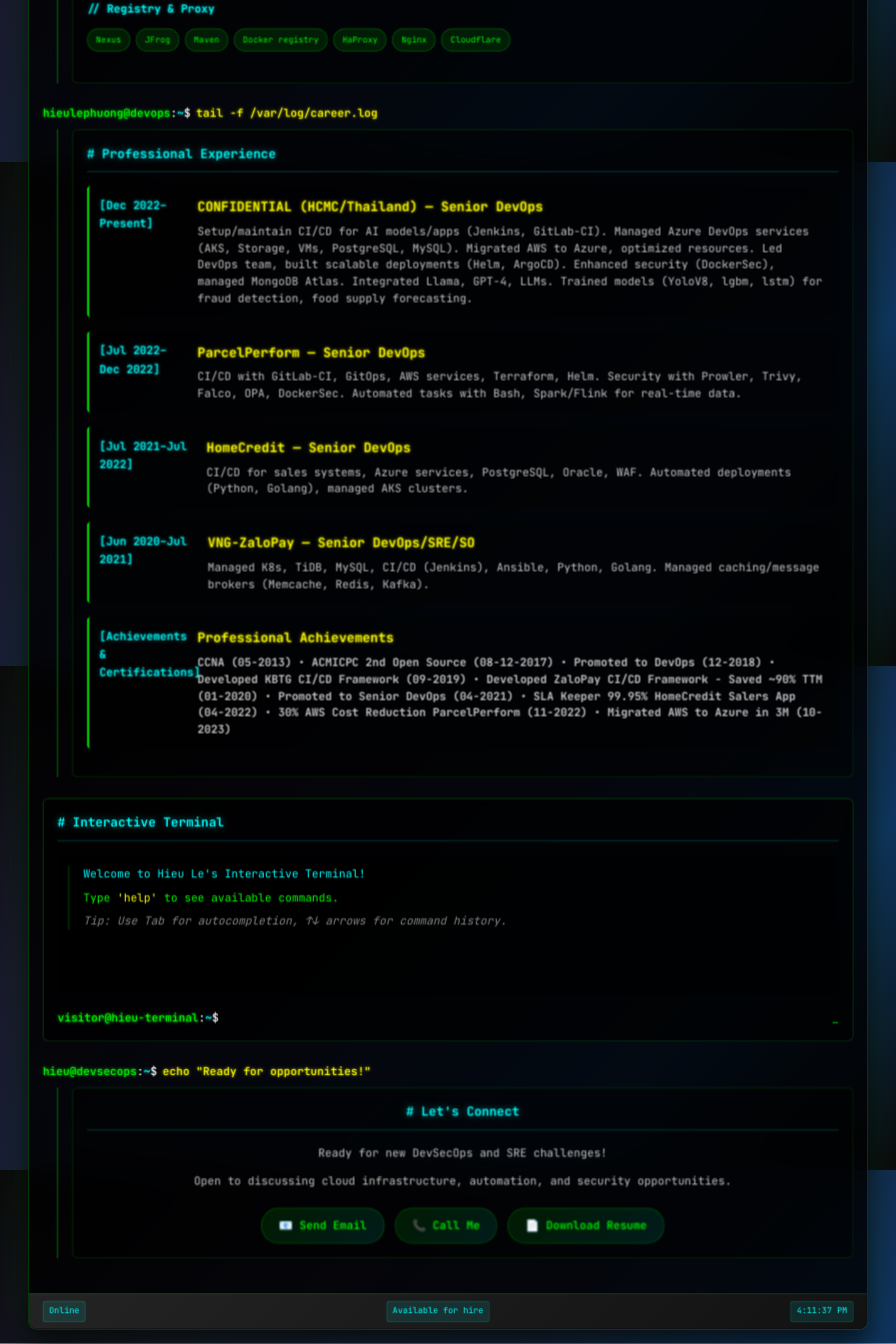
Repository: googlesky/googlesky.github.io
Page: index.html
An editor plug-in stored every save of this project. The page is shown before and after the next save, followed by the edit.
The browser window is 1280 px wide. The pictures show the part of the page from y = 1928 to 3848 px (the page is 3848 px tall), at 70% of full size.
Backgrounds fixed to the window are drawn as part of the page.

Above is the page before, as saved 2025-06-08 12:38:04.

### index.html
<!DOCTYPE html>
<html lang="en">
<head>
    <meta charset="UTF-8">
    <meta name="viewport" content="width=device-width, initial-scale=1.0">
    <title>Lê Phương Hiếu - Senior DevOps/SRE</title>
    <meta name="description" content="Lê Phương Hiếu - Senior DevOps/SRE professional with expertise in AWS, Azure, Kubernetes, Golang, Python, and cloud infrastructure.">
    <meta name="keywords" content="DevOps, SRE, Site Reliability Engineering, AWS, Azure, Kubernetes, Golang, Python, Docker, Terraform, CI/CD">
    <link rel="stylesheet" href="style.css">
    <link rel="preconnect" href="https://fonts.googleapis.com">
    <link rel="preconnect" href="https://fonts.gstatic.com" crossorigin>
    <link href="https://fonts.googleapis.com/css2?family=JetBrains+Mono:wght@300;400;500;600;700&display=swap" rel="stylesheet">
</head>
<body>
    <div class="terminal-container">
        <!-- Terminal Window Header -->
        <div class="terminal-header">
            <div class="terminal-controls">
                <span class="control close"></span>
                <span class="control minimize"></span>
                <span class="control maximize"></span>
            </div>
            <div class="terminal-title">hieulephuong@devops-terminal:~$ Professional Profile</div>
        </div>

        <!-- Terminal Content -->
        <div class="terminal-content">
            <!-- Welcome Section -->
            <section id="welcome" class="terminal-section">
                <div class="prompt">
                    <span class="user">hieulephuong@devops</span><span class="separator">:</span><span class="path">~</span><span class="dollar">$</span>
                </div>
                <div class="command-output">
                    <pre class="ascii-art">
██╗     ███████╗    ██████╗ ██╗  ██╗██╗   ██╗ ██████╗ ███╗   ██╗ ██████╗     ██╗  ██╗██╗███████╗██╗   ██╗
██║     ██╔════╝    ██╔══██╗██║  ██║██║   ██║██╔═══██╗████╗  ██║██╔════╝     ██║  ██║██║██╔════╝██║   ██║
██║     █████╗      ██████╔╝███████║██║   ██║██║   ██║██╔██╗ ██║██║  ███╗    ███████║██║█████╗  ██║   ██║
██║     ██╔══╝      ██╔═══╝ ██╔══██║██║   ██║██║   ██║██║╚██╗██║██║   ██║    ██╔══██║██║██╔══╝  ██║   ██║
███████╗███████╗    ██║     ██║  ██║╚██████╔╝╚██████╔╝██║ ╚████║╚██████╔╝    ██║  ██║██║███████╗╚██████╔╝
╚══════╝╚══════╝    ╚═╝     ╚═╝  ╚═╝ ╚═════╝  ╚═════╝ ╚═╝  ╚═══╝ ╚═════╝     ╚═╝  ╚═╝╚═╝╚══════╝ ╚═════╝
                    </pre>
                    <div class="typing-text">
                        <p>Welcome to my professional terminal interface!</p>
                        <p>I'm Lê Phương Hiếu, a Senior DevOps/SRE</p>
                        <p>Specializing in cloud infrastructure, automation, AI/ML platforms, and security</p>
                        <p class="hint">Type 'help' to see available commands<span class="cursor">_</span></p>
                    </div>
                </div>
            </section>

            <!-- About Section -->
            <section id="about" class="terminal-section">
                <div class="prompt">
                    <span class="user">hieulephuong@devops</span><span class="separator">:</span><span class="path">~</span><span class="dollar">$</span>
                    <span class="command">cat about.txt</span>
                </div>
                <div class="command-output">
                    <div class="info-card">
                        <h2 class="section-title"># Professional Profile</h2>
                        <div class="profile-info">
                            <p><span class="label">Name:</span> Lê Phương Hiếu</p>
                            <p><span class="label">Title:</span> Senior DevOps/SRE</p>
                            <p><span class="label">Location:</span> Thu Duc, Ho Chi Minh City, Vietnam</p>
                            <p><span class="label">Email:</span> <a href="mailto:HIEULP@1DEVOPS.IO">HIEULP@1DEVOPS.IO</a></p>
                            <p><span class="label">Phone:</span> <a href="tel:+84975669775">(084) 975-669-775</a></p>
                            <p><span class="label">Resume:</span> <a href="LePhuongHieu_DevOps_Resume_v3.pdf" target="_blank">LePhuongHieu_DevOps_Resume_v3.pdf</a></p>
                        </div>
                        <div class="social-links">
                            <h3>// Social Networks</h3>
                            <div class="social-grid">
                                <a href="https://linkedin.com/in/googlesky" target="_blank" class="social-link">
                                    <span class="social-icon">💼</span> LinkedIn/googlesky
                                </a>
                                <a href="https://github.com/googlesky" target="_blank" class="social-link">
                                    <span class="social-icon">🐙</span> GitHub/googlesky
                                </a>
                                <a href="https://t.me/googlesky" target="_blank" class="social-link">
                                    <span class="social-icon">✈️</span> Telegram/googlesky
                                </a>
                                <a href="https://gitlab.com/googlesky" target="_blank" class="social-link">
                                    <span class="social-icon">🦊</span> GitLab/googlesky
                                </a>
                                <a href="https://bitbucket.org/googlesky" target="_blank" class="social-link">
                                    <span class="social-icon">🪣</span> Bitbucket/googlesky
                                </a>
                                <a href="https://stackoverflow.com/users/9845363/zu-vn" target="_blank" class="social-link">
                                    <span class="social-icon">📚</span> StackOverflow/zu-vn
                                </a>
                            </div>
                        </div>
                    </div>
                </div>
            </section>

            <!-- Skills Section -->
            <section id="skills" class="terminal-section">
                <div class="prompt">
                    <span class="user">hieulephuong@devops</span><span class="separator">:</span><span class="path">~</span><span class="dollar">$</span>
                    <span class="command">cat skills.json | jq '.'</span>
                </div>
                <div class="command-output">
                    <div class="skills-matrix">
                        <h2 class="section-title"># Technical Skills Matrix</h2>

                        <div class="skill-category">
                            <h3 class="category-title">// Programming Languages</h3>
                            <div class="skill-items">
                                <span class="skill-item">Golang (1 year)</span>
                                <span class="skill-item">Python (3 years)</span>
                                <span class="skill-item">PHP (5 years)</span>
                                <span class="skill-item">Shell Script</span>
                            </div>
                        </div>

                        <div class="skill-category">
                            <h3 class="category-title">// CI/CD & Automation</h3>
                            <div class="skill-items">
                                <span class="skill-item">Jenkins</span>
                                <span class="skill-item">Gitlab-CI</span>
                                <span class="skill-item">Github</span>
                                <span class="skill-item">Ansible</span>
                                <span class="skill-item">Terraform</span>
                                <span class="skill-item">Helm/Helmfile</span>
                            </div>
                        </div>

                        <div class="skill-category">
                            <h3 class="category-title">// Operating Systems</h3>
                            <div class="skill-items">
                                <span class="skill-item">Linux (Arch, CentOS/RHEL7, Ubuntu)</span>
                                <span class="skill-item">Windows</span>
                                <span class="skill-item">Unix</span>
                            </div>
                        </div>

                        <div class="skill-category">
                            <h3 class="category-title">// Containers/Virtualization</h3>
                            <div class="skill-items">
                                <span class="skill-item">Docker</span>
                                <span class="skill-item">Kubernetes</span>
                                <span class="skill-item">Openshift</span>
                            </div>
                        </div>

                        <div class="skill-category">
                            <h3 class="category-title">// Databases</h3>
                            <div class="skill-items">
                                <span class="skill-item">TiDB</span>
                                <span class="skill-item">MySQL/MariaDB</span>
                                <span class="skill-item">PostgreSQL</span>
                                <span class="skill-item">Oracle</span>
                            </div>
                        </div>

                        <div class="skill-category">
                            <h3 class="category-title">// Cloud Platforms</h3>
                            <div class="skill-items">
                                <span class="skill-item">AWS (EC2, S3, RDS, EKS, IAM, SecurityHub)</span>
                                <span class="skill-item">Azure (AKS, PostgreSQL, Alert, WAF)</span>
                                <span class="skill-item">IBM</span>
                                <span class="skill-item">Oracle Cloud</span>
                            </div>
                        </div>

                        <div class="skill-category">
                            <h3 class="category-title">// Networking</h3>
                            <div class="skill-items">
                                <span class="skill-item">Network Design</span>
                                <span class="skill-item">Troubleshooting</span>
                                <span class="skill-item">CCNA</span>
                                <span class="skill-item">PfSense</span>
                                <span class="skill-item">OpenWRT</span>
                                <span class="skill-item">DD-WRT</span>
                            </div>
                        </div>

                        <div class="skill-category">
                            <h3 class="category-title">// Monitoring/Logging</h3>
                            <div class="skill-items">
                                <span class="skill-item">Grafana</span>
                                <span class="skill-item">Prometheus</span>
                                <span class="skill-item">ELK</span>
                                <span class="skill-item">Exporter</span>
                            </div>
                        </div>

                        <div class="skill-category">
                            <h3 class="category-title">// Security</h3>
                            <div class="skill-items">
                                <span class="skill-item">DockerSec</span>
                                <span class="skill-item">Prowler</span>
                                <span class="skill-item">Trivy</span>
                                <span class="skill-item">Falco</span>
                                <span class="skill-item">CrowdSec</span>
                            </div>
                        </div>

                        <div class="skill-category">
                            <h3 class="category-title">// Registry & Proxy</h3>
                            <div class="skill-items">
                                <span class="skill-item">Nexus</span>
                                <span class="skill-item">JFrog</span>
                                <span class="skill-item">Maven</span>
                                <span class="skill-item">Docker registry</span>
                                <span class="skill-item">HaProxy</span>
                                <span class="skill-item">Nginx</span>
                                <span class="skill-item">Cloudflare</span>
                            </div>
                        </div>

                    </div>
                </div>
            </section>

            <!-- Experience Section -->
            <section id="experience" class="terminal-section">
                <div class="prompt">
                    <span class="user">hieulephuong@devops</span><span class="separator">:</span><span class="path">~</span><span class="dollar">$</span>
                    <span class="command">tail -f /var/log/career.log</span>
                </div>
                <div class="command-output">
                    <div class="experience-timeline">
                        <h2 class="section-title"># Professional Experience</h2>

                        <div class="log-entry">
                            <div class="log-timestamp">[Dec 2022–Present]</div>
                            <div class="log-content">
                                <h3 class="company">CONFIDENTIAL (HCMC/Thailand) — Senior DevOps</h3>
                                <p>Setup/maintain CI/CD for AI models/apps (Jenkins, GitLab-CI). Managed Azure DevOps services (AKS, Storage, VMs, PostgreSQL, MySQL). Migrated AWS to Azure, optimized resources. Led DevOps team, built scalable deployments (Helm, ArgoCD). Enhanced security (DockerSec), managed MongoDB Atlas. Integrated Llama, GPT-4, LLMs. Trained models (YoloV8, lgbm, lstm) for fraud detection, food supply forecasting.</p>
                            </div>
                        </div>

                        <div class="log-entry">
                            <div class="log-timestamp">[Jul 2022–Dec 2022]</div>
                            <div class="log-content">
                                <h3 class="company">ParcelPerform — Senior DevOps</h3>
                                <p>CI/CD with GitLab-CI, GitOps, AWS services, Terraform, Helm. Security with Prowler, Trivy, Falco, OPA, DockerSec. Automated tasks with Bash, Spark/Flink for real-time data.</p>
                            </div>
                        </div>

                        <div class="log-entry">
                            <div class="log-timestamp">[Jul 2021–Jul 2022]</div>
                            <div class="log-content">
                                <h3 class="company">HomeCredit — Senior DevOps</h3>
                                <p>CI/CD for sales systems, Azure services, PostgreSQL, Oracle, WAF. Automated deployments (Python, Golang), managed AKS clusters.</p>
                            </div>
                        </div>

                        <div class="log-entry">
                            <div class="log-timestamp">[Jun 2020–Jul 2021]</div>
                            <div class="log-content">
                                <h3 class="company">VNG-ZaloPay — Senior DevOps/SRE/SO</h3>
                                <p>Managed K8s, TiDB, MySQL, CI/CD (Jenkins), Ansible, Python, Golang. Managed caching/message brokers (Memcache, Redis, Kafka).</p>
                            </div>
                        </div>

                        <div class="log-entry">
                            <div class="log-timestamp">[Achievements & Certifications]</div>
                            <div class="log-content">
                                <h3 class="company">Professional Achievements</h3>
                                <p><strong>CCNA (05-2013)</strong> • <strong>ACMICPC 2nd Open Source (08-12-2017)</strong> • <strong>Promoted to DevOps (12-2018)</strong> • <strong>Developed KBTG CI/CD Framework (09-2019)</strong> • <strong>Developed ZaloPay CI/CD Framework - Saved ~90% TTM (01-2020)</strong> • <strong>Promoted to Senior DevOps (04-2021)</strong> • <strong>SLA Keeper 99.95% HomeCredit Salers App (04-2022)</strong> • <strong>30% AWS Cost Reduction ParcelPerform (11-2022)</strong> • <strong>Migrated AWS to Azure in 3M (10-2023)</strong></p>
                            </div>
                        </div>
                    </div>
                </div>
            </section>

            <!-- Interactive Terminal -->
            <section id="terminal" class="terminal-section">
                <div class="interactive-terminal">
                    <h2 class="section-title"># Interactive Terminal</h2>
                    <div class="terminal-output" id="terminal-output"></div>
                    <div class="terminal-input-line">
                        <span class="prompt-inline">
                            <span class="user">visitor@hieu-terminal</span><span class="separator">:</span><span class="path">~</span><span class="dollar">$</span>
                        </span>
                        <input type="text" id="terminal-input" class="terminal-input" autocomplete="off" spellcheck="false">
                        <span class="terminal-cursor">_</span>
                    </div>
                </div>
            </section>

            <!-- Contact Section -->
            <section id="contact" class="terminal-section">
                <div class="prompt">
                    <span class="user">hieu@devsecops</span><span class="separator">:</span><span class="path">~</span><span class="dollar">$</span>
                    <span class="command">echo "Ready for opportunities!"</span>
                </div>
                <div class="command-output">
                    <div class="contact-info">
                        <h2 class="section-title"># Let's Connect</h2>
                        <p class="cta-text">Ready for new DevSecOps and SRE challenges!</p>
                        <p class="cta-text">Open to discussing cloud infrastructure, automation, and security opportunities.</p>

                        <div class="contact-methods">
                            <a href="mailto:phuonghieuag@gmail.com" class="contact-button">
                                📧 Send Email
                            </a>
                            <a href="tel:+84975669775" class="contact-button">
                                📞 Call Me
                            </a>
                            <a href="LePhuongHieu_DevSecOps_Resume_v2.pdf" target="_blank" class="contact-button">
                                📄 Download Resume
                            </a>
                        </div>
                    </div>
                </div>
            </section>
        </div>

        <!-- Terminal Footer -->
        <div class="terminal-footer">
            <div class="status-bar">
                <span class="status-item">Online</span>
                <span class="status-item">Available for hire</span>
                <span class="status-item" id="current-time"></span>
            </div>
        </div>
    </div>

    <script src="script.js"></script>
</body>
</html>

Loaded but not shown: script.js (617 lines, source omitted); style.css (685 lines, source omitted)

After the next save:
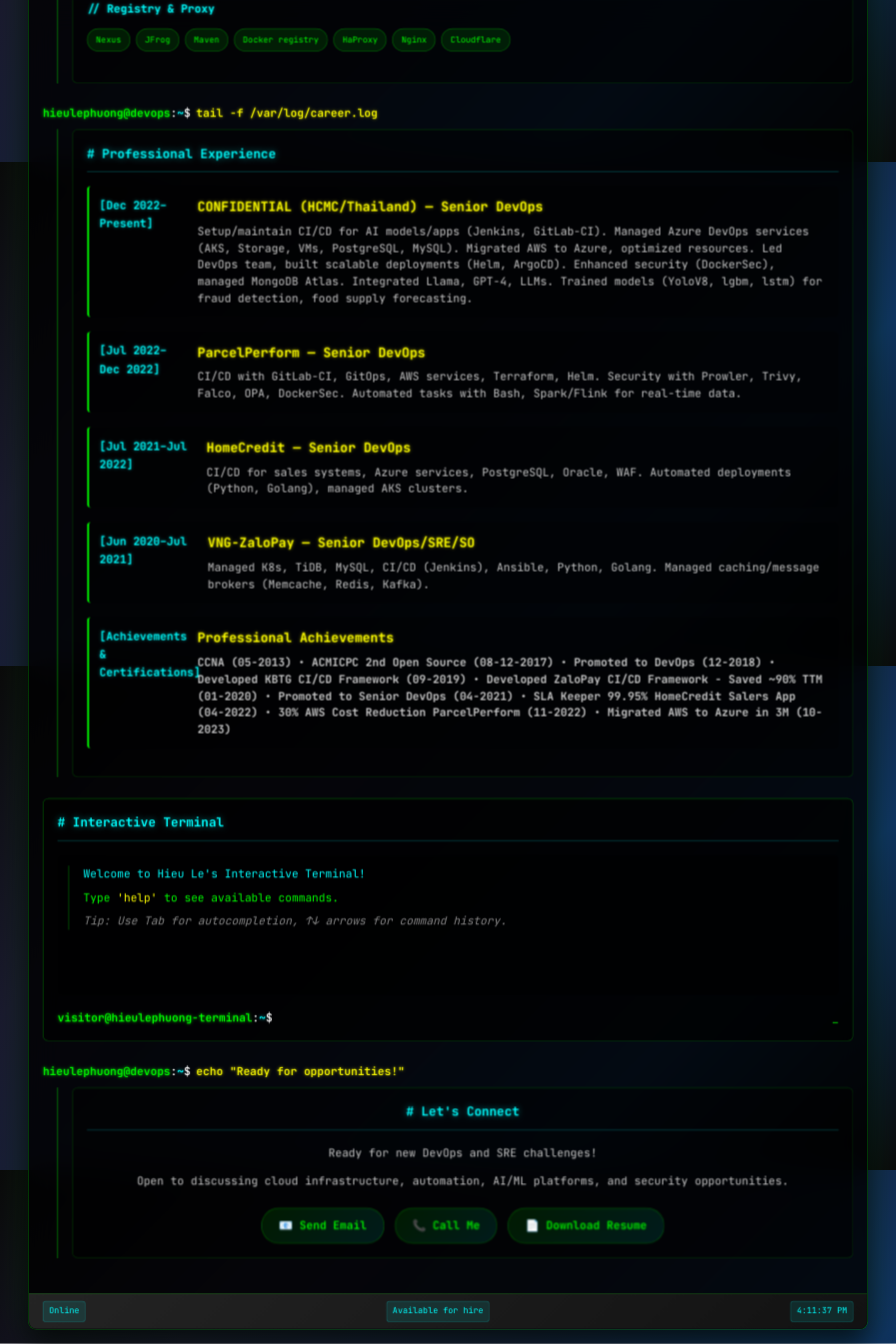
Saved 19 s later.
--- a/index.html
+++ b/index.html
@@ -272,7 +272,7 @@
                     <div class="terminal-output" id="terminal-output"></div>
                     <div class="terminal-input-line">
                         <span class="prompt-inline">
-                            <span class="user">visitor@hieu-terminal</span><span class="separator">:</span><span class="path">~</span><span class="dollar">$</span>
+                            <span class="user">visitor@hieulephuong-terminal</span><span class="separator">:</span><span class="path">~</span><span class="dollar">$</span>
                         </span>
                         <input type="text" id="terminal-input" class="terminal-input" autocomplete="off" spellcheck="false">
                         <span class="terminal-cursor">_</span>
@@ -283,23 +283,23 @@
             <!-- Contact Section -->
             <section id="contact" class="terminal-section">
                 <div class="prompt">
-                    <span class="user">hieu@devsecops</span><span class="separator">:</span><span class="path">~</span><span class="dollar">$</span>
+                    <span class="user">hieulephuong@devops</span><span class="separator">:</span><span class="path">~</span><span class="dollar">$</span>
                     <span class="command">echo "Ready for opportunities!"</span>
                 </div>
                 <div class="command-output">
                     <div class="contact-info">
                         <h2 class="section-title"># Let's Connect</h2>
-                        <p class="cta-text">Ready for new DevSecOps and SRE challenges!</p>
-                        <p class="cta-text">Open to discussing cloud infrastructure, automation, and security opportunities.</p>
+                        <p class="cta-text">Ready for new DevOps and SRE challenges!</p>
+                        <p class="cta-text">Open to discussing cloud infrastructure, automation, AI/ML platforms, and security opportunities.</p>
 
                         <div class="contact-methods">
-                            <a href="mailto:phuonghieuag@gmail.com" class="contact-button">
+                            <a href="mailto:HIEULP@1DEVOPS.IO" class="contact-button">
                                 📧 Send Email
                             </a>
                             <a href="tel:+84975669775" class="contact-button">
                                 📞 Call Me
                             </a>
-                            <a href="LePhuongHieu_DevSecOps_Resume_v2.pdf" target="_blank" class="contact-button">
+                            <a href="LePhuongHieu_DevOps_Resume_v3.pdf" target="_blank" class="contact-button">
                                 📄 Download Resume
                             </a>
                         </div>
